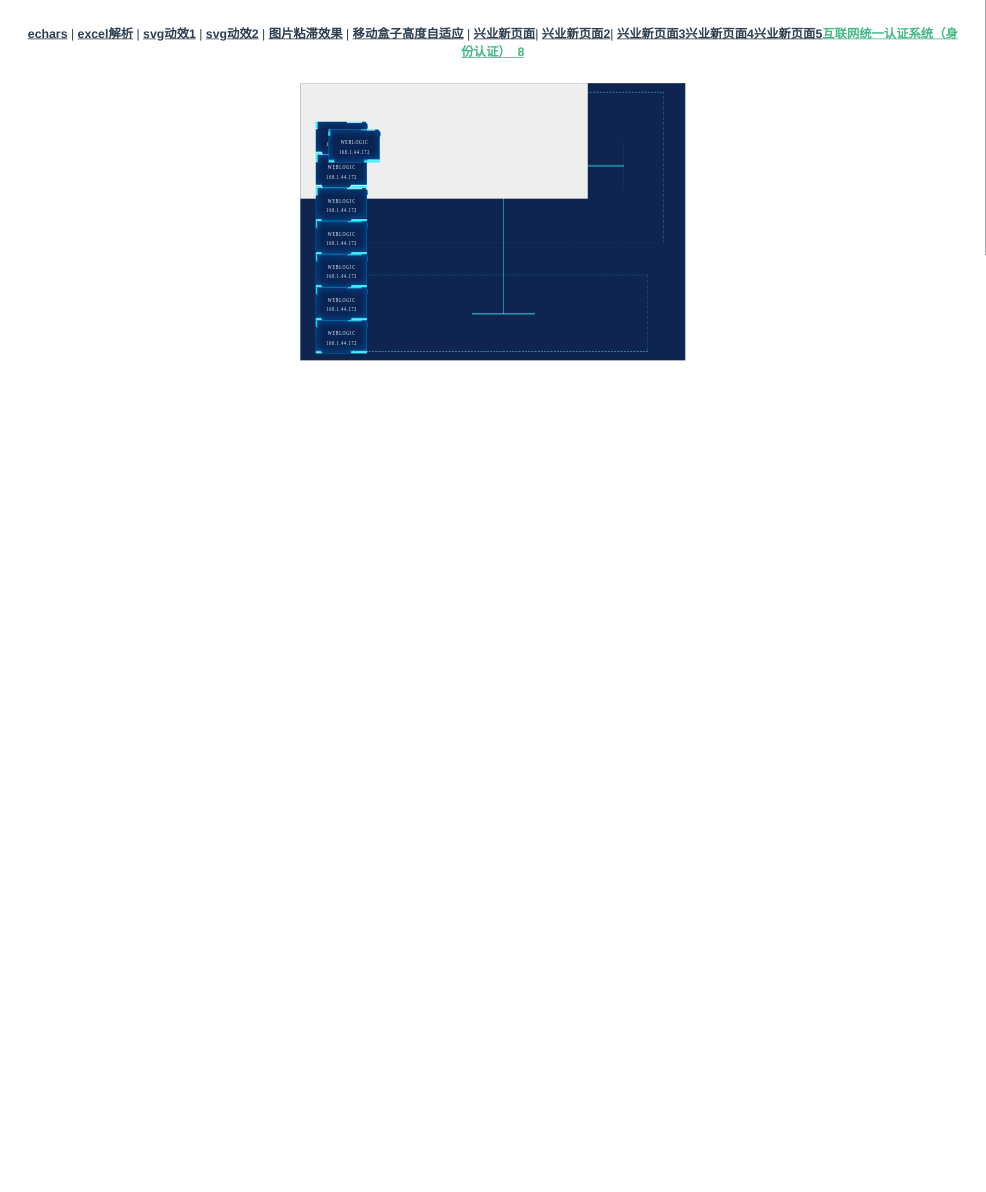
Repository: dmj199811/animation-dmj
Page: /#/work-page8
An editor plug-in stored every save of this project. The page is shown before and after a run of saves, followed by the edit.
The browser window is 1280 px wide. The pictures show the whole page, at 77% of full size.
The project was rebuilt for these pictures with package versions that can differ from the ones it lists, and the page was loaded fresh each time.

Above is the page before, as saved 2020-07-04 23:15:43.

### src/App.vue
<template>
  <div id="app">
    <div id="nav"
         v-if="this.$store.state.pageShow">
      <router-link to="/">echars</router-link> |
      <router-link to="/xlsx-example">excel解析</router-link> |
      <router-link to="/svg-example1">svg动效1</router-link> |
      <router-link to="/svg-example2">svg动效2</router-link> |
      <router-link to="/work-message">图片粘滞效果</router-link> |
      <router-link to="/work-page2">移动盒子高度自适应</router-link> |
      <router-link to="/work-page3">兴业新页面</router-link>|
      <router-link to="/work-page4">兴业新页面2</router-link>|
      <router-link to="/work-page5">兴业新页面3</router-link>
      <router-link to="/work-page6">兴业新页面4</router-link>
      <router-link to="/work-page7">兴业新页面5</router-link>
      <router-link to="/work-page8">互联网统一认证系统（身份认证）_8</router-link>
    </div>
    <router-view />
  </div>
</template>

<style lang="less">
body {
  margin: 0;
}
#app {
  font-family: Avenir, Helvetica, Arial, sans-serif;
  -webkit-font-smoothing: antialiased;
  -moz-osx-font-smoothing: grayscale;
  text-align: center;
  color: #2c3e50;
}

#nav {
  padding: 30px;

  a {
    font-weight: bold;
    color: #2c3e50;

    &.router-link-exact-active {
      color: #42b983;
    }
  }
}
</style>

### src/router/index.js
import Vue from 'vue'
import VueRouter from 'vue-router'

Vue.use(VueRouter)

const routes = [
  {
    path: '/',
    redirect: '/circle-echarts',
  },
  {
    path: '/circle-echarts',
    name: 'ani2',
    component: () => import('../views/circle-echarts/index.vue')
  },
  {
    path: '/xlsx-example',
    name: 'xlsx1',
    component: () => import('../views/xlsx1/index.vue')
  },
  {
    path: '/svg-example1',
    name: 'svg1',
    component: () => import('../views/svg1/index.vue')
  },
  {
    path: '/svg-example2',
    name: 'svg2',
    component: () => import('../views/svg2/index.vue')
  },
  {
    path: '/work-message',
    name: 'message1',
    component: () => import('../views/work/message/index.vue')
  },
  {
    path: '/work-page2',
    name: 'show1',
    component: () => import('../views/work/show1/index.vue')
  },
  {
    path: '/work-page3',
    name: 'show2',
    component: () => import('../views/newPage/index.vue')
  },
  {
    path: '/work-page4',
    name: 'show2',
    component: () => import('../views/newPage2/index.vue')
  },
  {
    path: '/work-page5',
    name: 'show3',
    component: () => import('../views/newPage3/index.vue')
  },
  {
    path: '/work-page6',
    name: 'show4',
    component: () => import('../views/newPage4/index.vue')
  },
  {
    path: '/work-page7',
    name: 'show5',
    component: () => import('../views/newPage5/index.vue')
  },
  {
    path: '/work-page8',
    name: 'show6',
    component: () => import('../views/newPage6/index.vue')
  },
]

const router = new VueRouter({
  routes
})

export default router

### src/views/newPage6/index.vue
<template>
<!-- 互联网统一认证系统（身份认证）_8 -->
  <div class="box">
    <div class="use-box">
      <div class="use-box-top">
        <div class="use-box-top-content">
          <div class="use-box-top-item web1">
            <div>WEBLOGIC</div>
            <div>168.1.44.172</div>
          </div>
          <div class="use-box-top-item web2">
            <div>WEBLOGIC</div>
            <div>168.1.44.172</div>
          </div>
          <div class="use-box-top-item web3">
            <div>WEBLOGIC</div>
            <div>168.1.44.172</div>
          </div>
          <div class="use-box-top-item web4">
            <div>WEBLOGIC</div>
            <div>168.1.44.172</div>
          </div>
          <div class="use-box-top-item web5">
            <div>WEBLOGIC</div>
            <div>168.1.44.172</div>
          </div>
          <div class="use-box-top-item web6">
            <div>WEBLOGIC</div>
            <div>168.1.44.172</div>
          </div>
          <div class="use-box-top-item web7">
            <div>WEBLOGIC</div>
            <div>168.1.44.172</div>
          </div>
          <div class="use-box-top-item web8">
            <div>WEBLOGIC</div>
            <div>168.1.44.172</div>
          </div>

        </div>

      </div>
    </div>
  </div>

</template>
<script>
export default {
  data () {
    return {}
  },
  mounted () {
    this.fullScreen()
    let a = {
      'ATM系统': 'N',
      '网上银行域': 'E',
      'IC借记卡系统': 'N',
      'CFP系统': 'W',
      '电话银行域': 'E',
      '金卡系统': 'N',
      '零售信贷系统': 'W',
      '联机交易转发平台': 'N',
      '核心联机交易平台': 'E',
      'OFEP': 'W',
      '会计辅助管理系统': 'W',
      '业务策略管控平台': 'E',
      '历史检索系统': 'N',
      '企业数据集成平台': 'N',
      '银联数据综合前置系统': 'E',
      '理财卡外包制卡系统': 'W',
      '数据仓库系统': 'E',
      '统一报表系统': 'W',
      '企业CRM系统': 'N'
    }

    this.dataToArray(a)
    window.onresize = () => {
      this.fullScreen()
    }
  },
  methods: {
    fullScreen () {
      $('.box').css('transform', `scale(${document.documentElement.clientWidth / 3840},${document.documentElement.clientHeight / 1440})`)
    },
    dataToArray (data) {

    }
  }
}
</script>
<style lang="less">
.box {
  text-align: left;
  transform-origin: 0 0;
  width: 3840px;
  height: 1440px;
}
.use-box {
  font-size: 18px;
  width: 1500px;
  box-sizing: border-box;
  height: 720px;
  background: #0e2550;
  margin: 0 auto;
  color: white;
  background-image: url(./img/bg-line.png);
  background-size: 100% 100%;
  position: relative;
}
.use-box div {
  box-sizing: border-box;
}
.use-box-top {
  width: 1120px;
  height: 300px;
  box-sizing: border-box;


  padding-top: 100px;
  background-color: #eee;


}

.use-box-top-content {

  // background-color: #e9e9;


}

.use-box-top-item {
  width: 203px;
  height: 86px;
  text-align: center;
  background-image: url(./img/leftBlue.png);
  background-size: 100% 100%;
  font-size:16px;
  letter-spacing: 3px;
  font-family:Adobe Heiti Std;
  font-weight:normal;
  color:rgba(255,255,255,1);
  line-height:25px;
  padding-top: 20px;
  margin-left: 60px;

}

.use-box-top-content .web1 {
  position: absolute;
  top: 120px;
  left: 50px;
}

</style>

Loaded but not shown: public/index.html (common file); src/main.js (common file); src/store/index.js (common file)

After the next 2 saves:
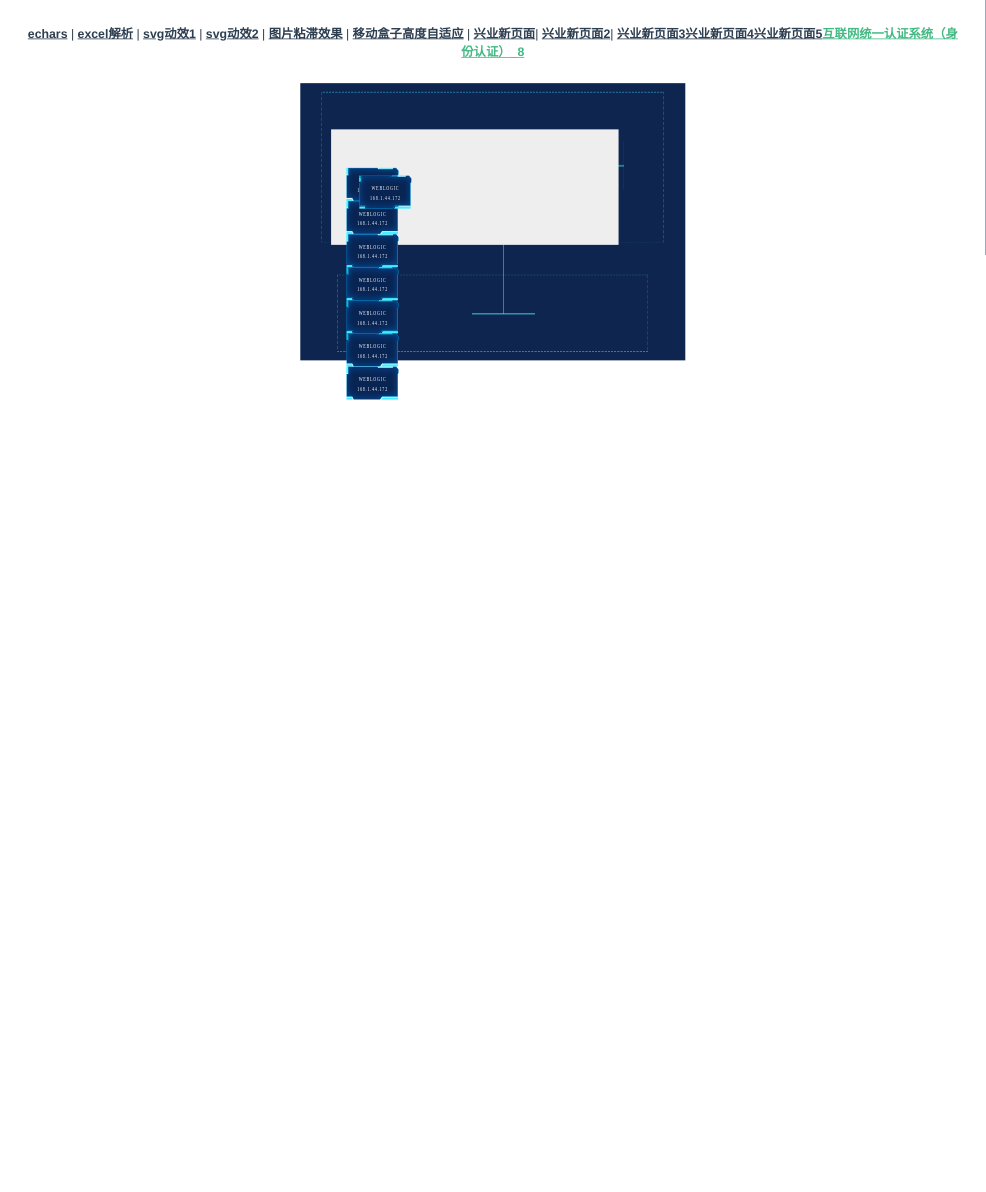
The 2 saves are shown as one change because they came seconds apart.
The last was saved 51 s later.
--- a/src/views/newPage6/index.vue
+++ b/src/views/newPage6/index.vue
@@ -114,10 +114,11 @@ export default {
   width: 1120px;
   height: 300px;
   box-sizing: border-box;
-
-
   padding-top: 100px;
   background-color: #eee;
+  position: absolute;
+  top: 120px;
+  left: 120px;
 
 
 }
